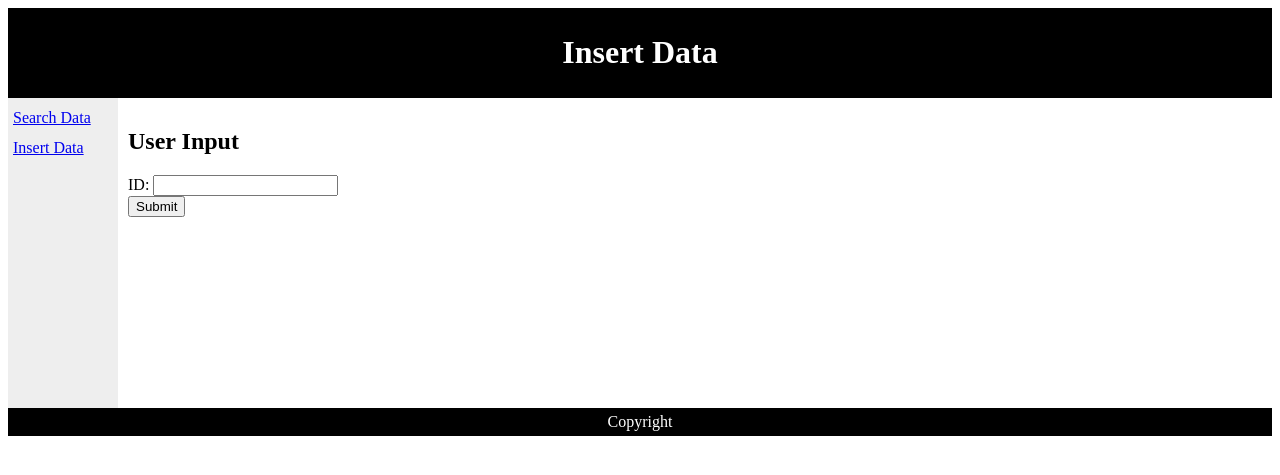
Repository: CamdenMurphy/workspace4830-intro-to-software-engineering
Page: techExercise/techExercise-Murphy/src/main/webapp/delete_murphy.html
These files come from the project's save history. The page is drawn as it stood at one moment and after the next save; the edit follows.
The browser window is 1280 px wide. The pictures show the whole page.

Above is the page before, as saved 2023-10-12 05:33:23.

After the next save:
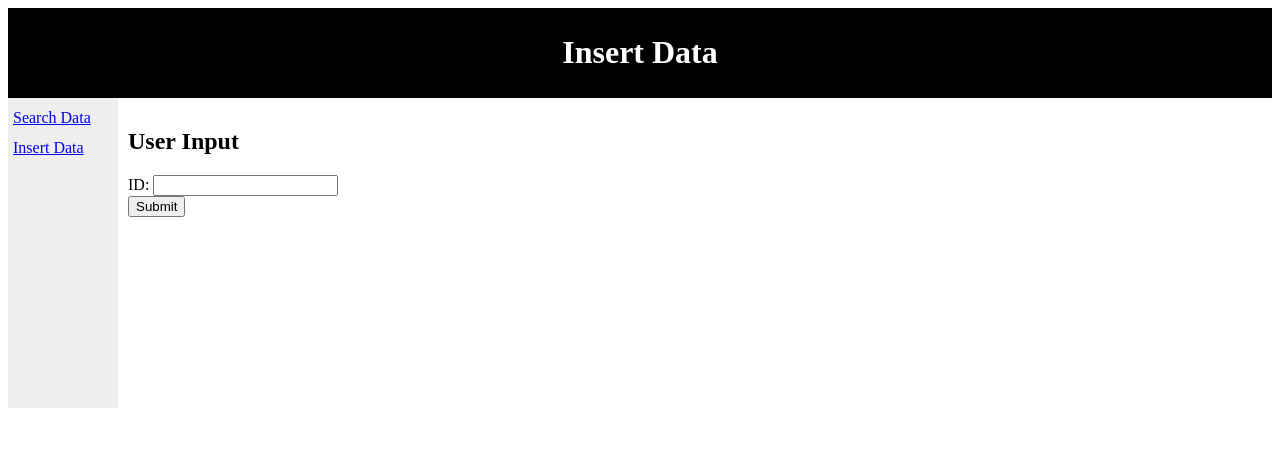
Saved 13 min 57 s later.
--- a/techExercise/techExercise-Murphy/src/main/webapp/delete_murphy.html
+++ b/techExercise/techExercise-Murphy/src/main/webapp/delete_murphy.html
@@ -49,11 +49,8 @@ footer {
 
 		<input type="submit" value="Submit" />
 	</form>
-
 </section>
 
-<footer>
-Copyright
-</footer>
+
 </body>
 </html>
